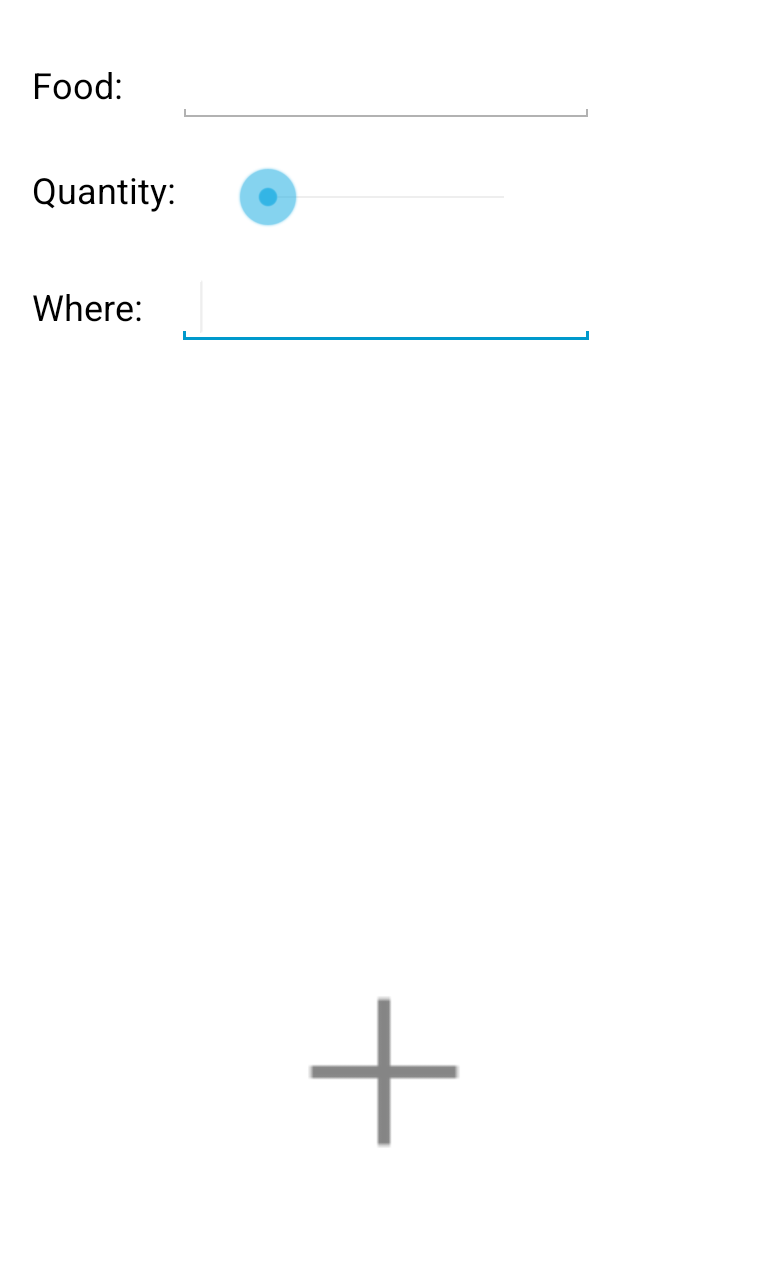
Repository: haychris/Frooder-Android
Layout: Frooder-Android/res/layout/activity_add_food.xml
These files come from the project's save history. The layout is drawn as it stood at one moment and after the next save; the edit follows.
Pictures or frames that could not be fetched are drawn as grey boxes. It is drawn on a 768 x 1280 px phone screen (xhdpi) without system bars, with theme AppTheme; the app's code is not run.

Above is the layout before, as saved 2014-11-30 20:44:10.

After the next save:
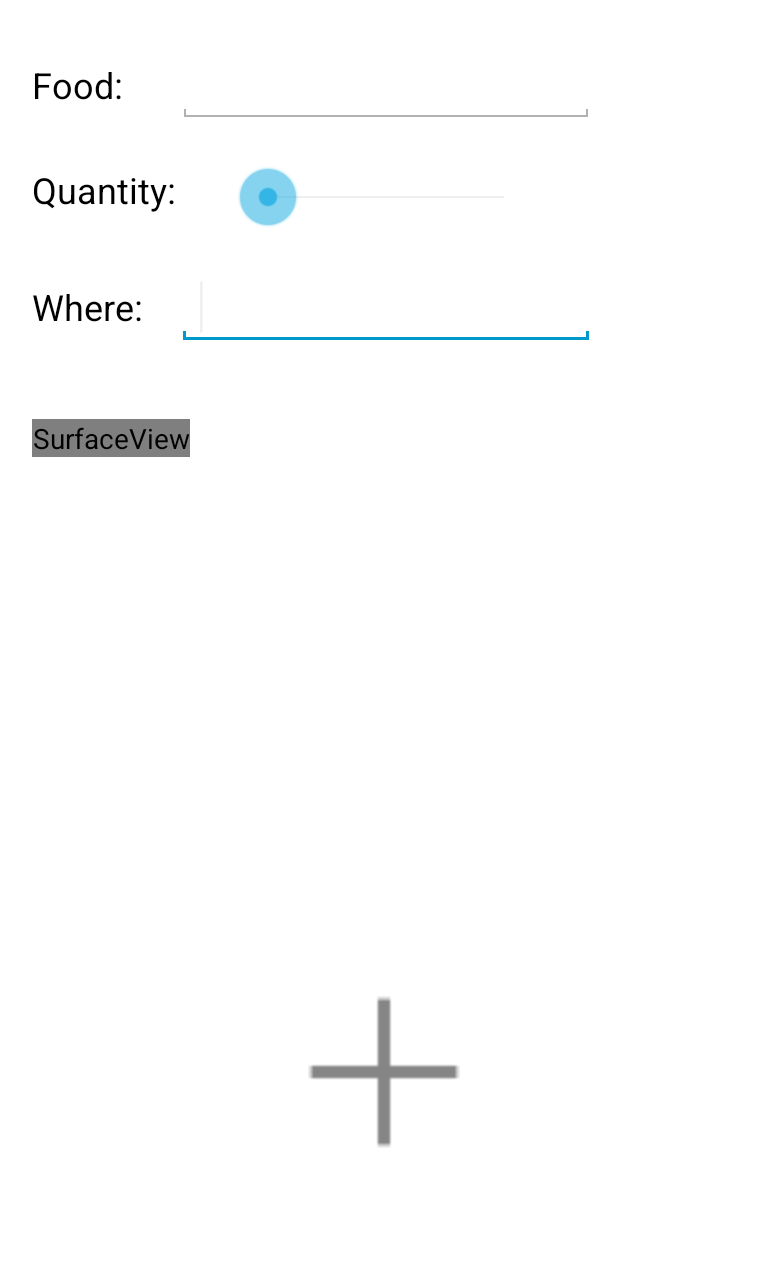
Saved 26 min 6 s later.
--- a/Frooder-Android/res/layout/activity_add_food.xml
+++ b/Frooder-Android/res/layout/activity_add_food.xml
@@ -66,7 +66,13 @@
         android:layout_alignRight="@+id/editText2"
         android:layout_alignTop="@+id/textView2"
         android:layout_marginRight="30dp" />
-
+	<SurfaceView
+        android:id="@+id/surfaceView1"
+        android:layout_width="wrap_content"
+        android:layout_height="wrap_content"
+        android:layout_alignLeft="@+id/textView3"
+        android:layout_below="@+id/editText2"
+        android:layout_marginTop="36dp" />
     <ImageView
         android:id="@+id/imageView1"
         android:layout_width="100dp"
